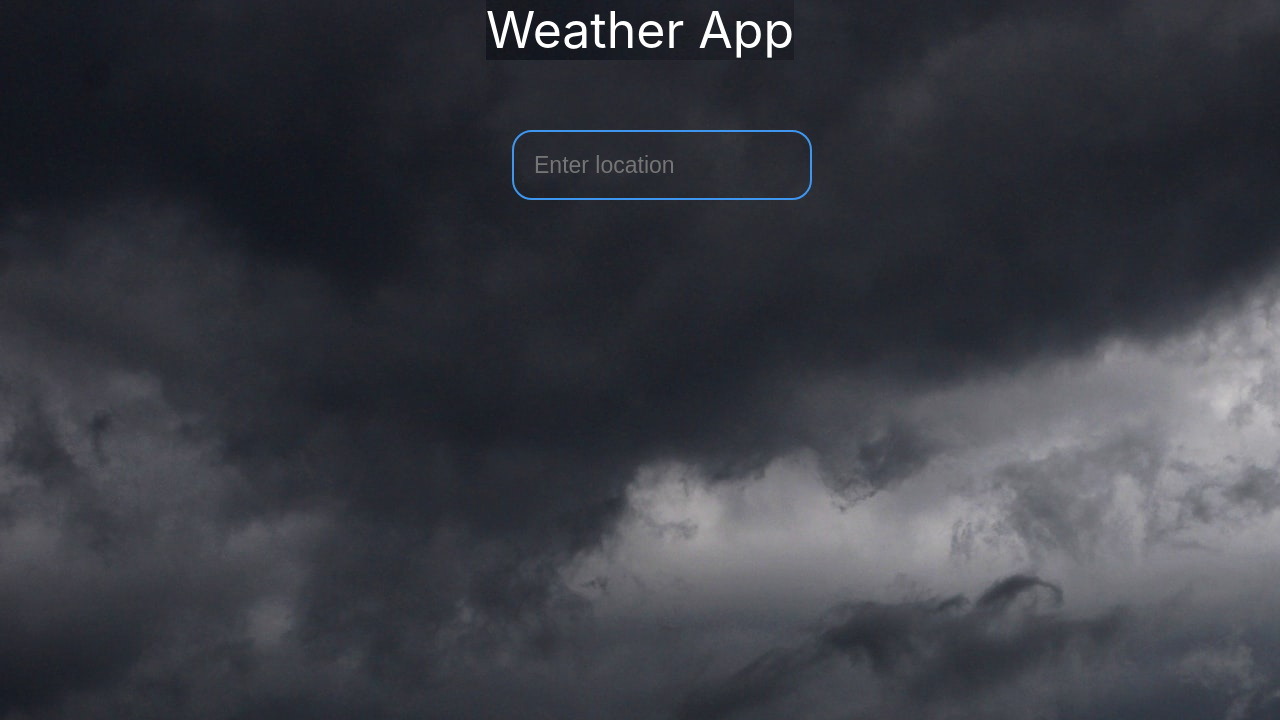
Repository: RenataDzotova/WeatherForecast
Page: /
An editor plug-in stored every save of this project. The page is shown before and after the next save, followed by the edit.
The browser window is 1280 px wide. The pictures show the whole page.
The project was rebuilt for these pictures with package versions that can differ from the ones it lists, and the page was loaded fresh each time. The framework's server and built-in components were replaced by stand-ins that run in the browser. Also part of the build but not shown: next.config.js, styles/Home.module.css.

Above is the page before, as saved 2023-01-19 16:24:30.

After the next save:
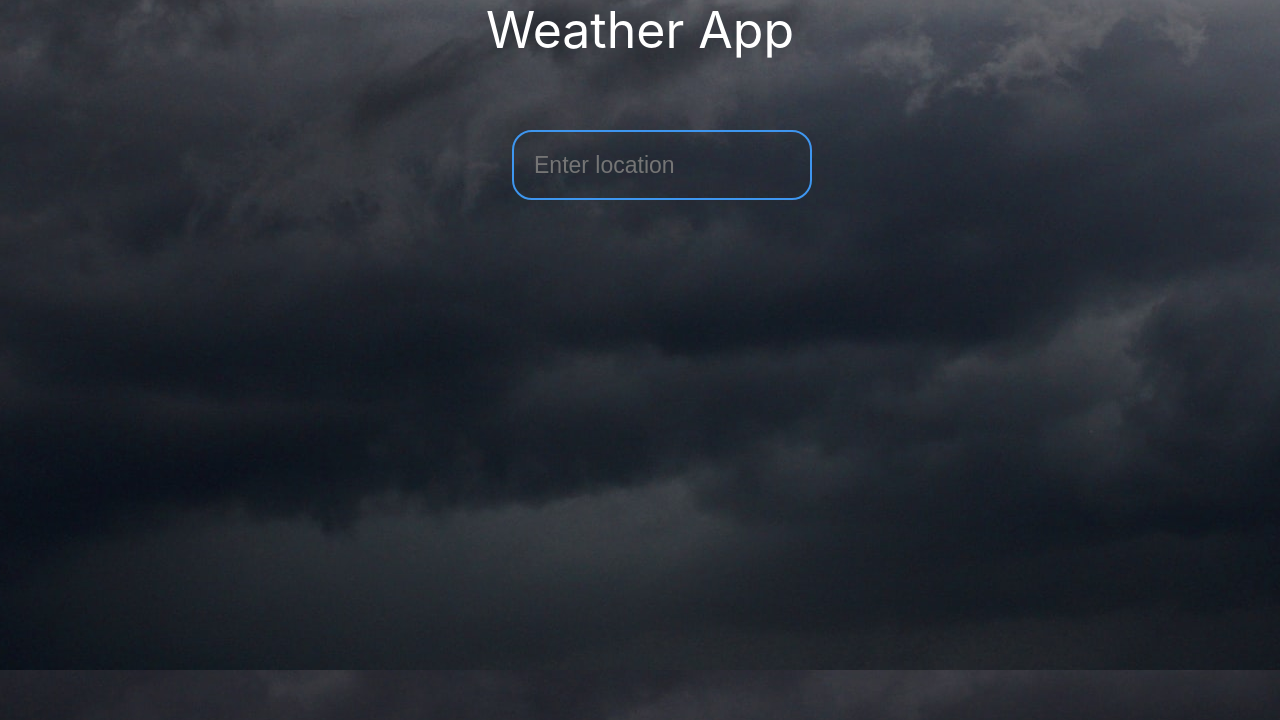
Saved 43 s later.
--- a/styles/globals.css
+++ b/styles/globals.css
@@ -5,6 +5,7 @@ body {
   font-family: -apple-system, BlinkMacSystemFont, Segoe UI, Roboto, Oxygen,
     Ubuntu, Cantarell, Fira Sans, Droid Sans, Helvetica Neue, sans-serif;
   background-image: url("../public/henrieke-fischer-GCdigLv0h_U-unsplash.jpg");
+  background-position: center;
   display: flex;
   justify-content: center;
   align-items: center;
